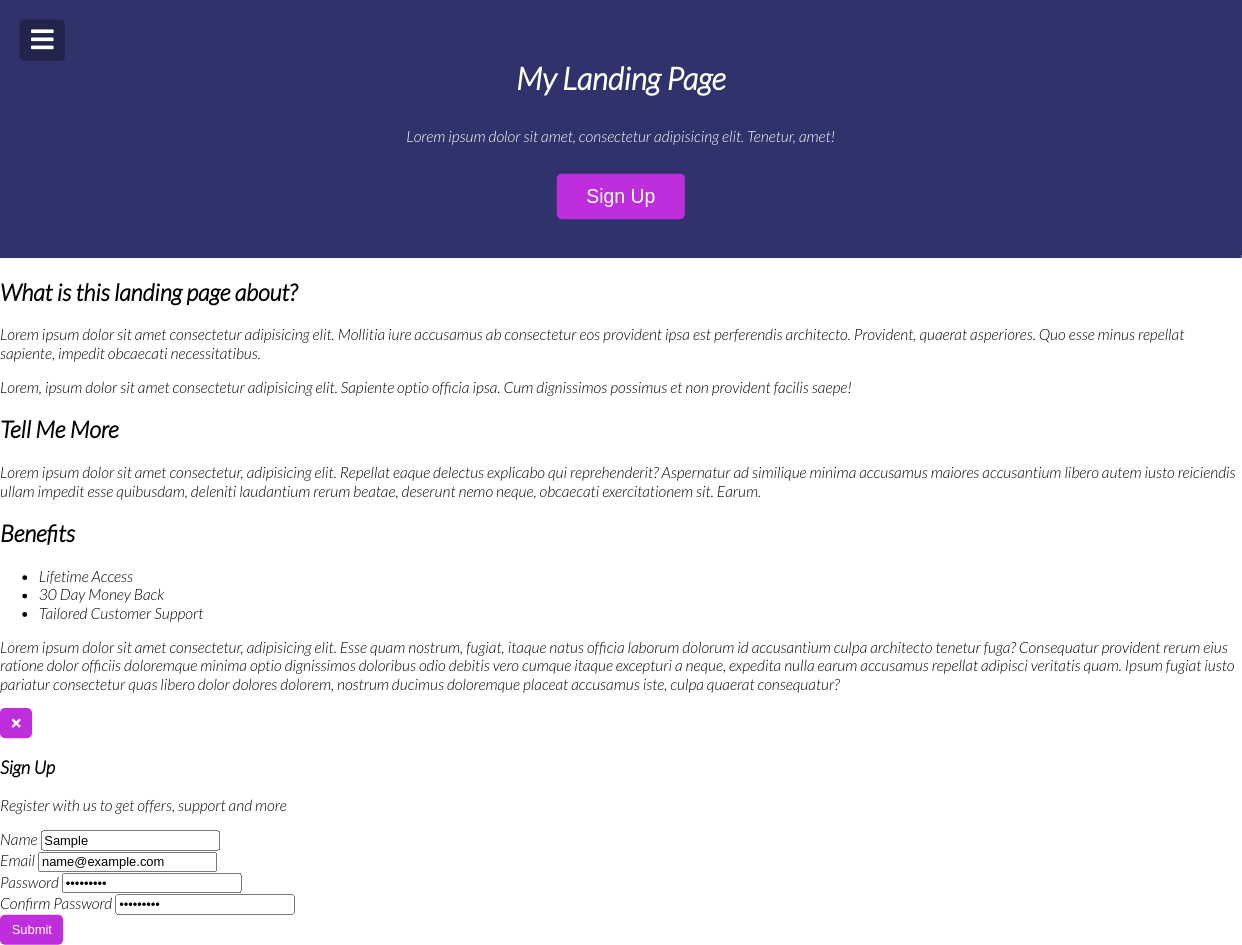
Repository: CAMPSLOPY/MenuSliderWithLandingPage
Page: index.html
These files come from the project's save history. The page is drawn as it stood at one moment and after a run of saves; the edit follows.
The browser window is 1280 px wide. The pictures show the whole page, at 97% of full size.
Empty fields were first filled with sample values (such as "Sample", 5 or name@example.com).
After loading, the first visible `#open` was clicked once.
Some web libraries are served in a nearby version.

Above is the page before, as saved 2021-01-21 15:15:37.

### index.html
<!DOCTYPE html>
<html lang="en">
  <head>
    <meta charset="UTF-8" />
    <meta name="viewport" content="width=device-width, initial-scale=1.0" />
    <meta http-equiv="X-UA-Compatible" content="ie=edge" />
    <meta name="robots" content="index,follow" />
    <meta
      name="description"
      content="This App shows on menu bar is been controlled with Html,Css and Javascript.."
    />
    <link
      rel="stylesheet"
      href="https://cdnjs.cloudflare.com/ajax/libs/font-awesome/5.11.2/css/all.min.css"
      integrity="sha256-+N4/V/SbAFiW1MPBCXnfnP9QSN3+Keu+NlB+0ev/YKQ="
      crossorigin="anonymous"
    />

    <link rel="stylesheet" href="/styles.css" />
    <link rel="icon" href="/004-photos.png" />
    <title>MenuSliderPage</title>
  </head>
  <body>
    <nav>
      <div class="logo">
        <img src="https://randomuser.me/api/portraits/men/76.jpg" alt="user" />
      </div>
      <ul>
        <li><a href="#">Home</a></li>
        <li><a href="#">Portfolio</a></li>
        <li><a href="#">Blog</a></li>
        <li><a href="#">Contact Me</a></li>
      </ul>
    </nav>

    <header>
      <button id="toggle" class="toggle">
        <i class="fa fa-bars fa-2x"></i>
      </button>

      <h1>My Landing Page</h1>

      <p>
        Lorem ipsum dolor sit amet, consectetur adipisicing elit. Tenetur, amet!
      </p>

      <button class="cta-btn" id="open">Sign Up</button>
    </header>

    <div class="container">
      <h2>What is this landing page about?</h2>
      <p>
        Lorem ipsum dolor sit amet consectetur adipisicing elit. Mollitia iure
        accusamus ab consectetur eos provident ipsa est perferendis architecto.
        Provident, quaerat asperiores. Quo esse minus repellat sapiente, impedit
        obcaecati necessitatibus.
      </p>
      <p>
        Lorem, ipsum dolor sit amet consectetur adipisicing elit. Sapiente optio
        officia ipsa. Cum dignissimos possimus et non provident facilis saepe!
      </p>

      <h2>Tell Me More</h2>

      <p>
        Lorem ipsum dolor sit amet consectetur, adipisicing elit. Repellat eaque
        delectus explicabo qui reprehenderit? Aspernatur ad similique minima
        accusamus maiores accusantium libero autem iusto reiciendis ullam
        impedit esse quibusdam, deleniti laudantium rerum beatae, deserunt nemo
        neque, obcaecati exercitationem sit. Earum.
      </p>

      <h2>Benefits</h2>
      <ul>
        <li>Lifetime Access</li>
        <li>30 Day Money Back</li>
        <li>Tailored Customer Support</li>
      </ul>

      <p>
        Lorem ipsum dolor sit amet consectetur, adipisicing elit. Esse quam
        nostrum, fugiat, itaque natus officia laborum dolorum id accusantium
        culpa architecto tenetur fuga? Consequatur provident rerum eius ratione
        dolor officiis doloremque minima optio dignissimos doloribus odio
        debitis vero cumque itaque excepturi a neque, expedita nulla earum
        accusamus repellat adipisci veritatis quam. Ipsum fugiat iusto pariatur
        consectetur quas libero dolor dolores dolorem, nostrum ducimus
        doloremque placeat accusamus iste, culpa quaerat consequatur?
      </p>
    </div>

    <!-- Modal -->
    <div class="modal-container" id="modal">
      <div class="modal">
        <button class="close-btn" id="close">
          <i class="fa fa-times"></i>
        </button>
        <div class="modal-header">
          <h3>Sign Up</h3>
        </div>
        <div class="modal-content">
          <p>Register with us to get offers, support and more</p>
          <form class="modal-form">
            <div>
              <label for="name">Name</label>
              <input
                type="text"
                id="name"
                placeholder="Enter Name"
                class="form-input"
              />
            </div>
            <div>
              <label for="email">Email</label>
              <input
                type="email"
                id="email"
                placeholder="Enter Email"
                class="form-input"
              />
            </div>
            <div>
              <label for="password">Password</label>
              <input
                type="password"
                id="password"
                placeholder="Enter Password"
                class="form-input"
              />
            </div>
            <div>
              <label for="password2">Confirm Password</label>
              <input
                type="password"
                id="password2"
                placeholder="Confirm Password"
                class="form-input"
              />
            </div>
            <input type="submit" value="Submit" class="submit-btn" />
          </form>
        </div>
      </div>
    </div>
    <script src="app.js"></script>
  </body>
</html>

### styles.css
@import url("https://fonts.googleapis.com/css2?family=Lato:ital,wght@1,300&display=swap");

:root {
  --modal-duration: 1s;
  --primary-color: #30336b;
  --secondary-color: #be2edd;
}
* {
  box-sizing: border-box;
}
body {
  font-family: "Lato", sans-serif;
  margin: 0;
}

/* NAVBAR STYLING */
nav {
  width: 200px;
  height: 100vh;
  position: fixed;
  top: 0;
  left: 0;
  background-color: var(--primary-color);
  transform: translateX(-100%);
  border-right: 2px solid rgba(200, 200, 200, 0.1);
  color: #fff;
  z-index: 100;
}

nav .logo {
  text-align: center;
  padding: 30px 0;
  margin: auto;
}

nav img {
  width: 75px;
  height: 75px;
  border-radius: 50%;
}

nav ul {
  list-style-type: none;
  padding: 0;
  margin: 0;
}
nav ul li {
  border-bottom: 2px solid rgba(200, 200, 200, 0.1);
  padding: 20px;
}
nav ul li:first-of-type {
  border-top: 2px solid rgba(200, 200, 200, 0.1);
}
nav ul li a {
  text-decoration: none;
  color: #fff;
}
nav ul li a:hover {
  text-decoration: underline;
}

/* STYLING THE MAIN PAGE */

/* HEADER SECTION */
header {
  color: #fff;
  background-color: var(--primary-color);
  position: relative;
  text-align: center;
  width: 100vw;
  min-height: 20vh;
  padding: 2.5rem 0.9375rem;
}
header p {
  margin: 30px 0;
}
button,
input[type="submit"] {
  background-color: var(--secondary-color);
  border: 0;
  border-radius: 5px;
  padding: 8px 12px;
  color: #fff;
  cursor: pointer;
}
button:focus {
  outline: none;
}

.toggle {
  position: absolute;
  background: rgba(0, 0, 0, 0.3);
  top: 20px;
  left: 20px;
}

.cta-btn {
  padding: 12px 30px;
  font-size: 20px;
}

### app.js
const ctaBtn = document.getElementById("open");

ctaBtn.addEventListener("click", touchMe);

function touchMe(e) {
  const meBtn = e.target;

  meBtn.inn
}

After the next 5 saves:
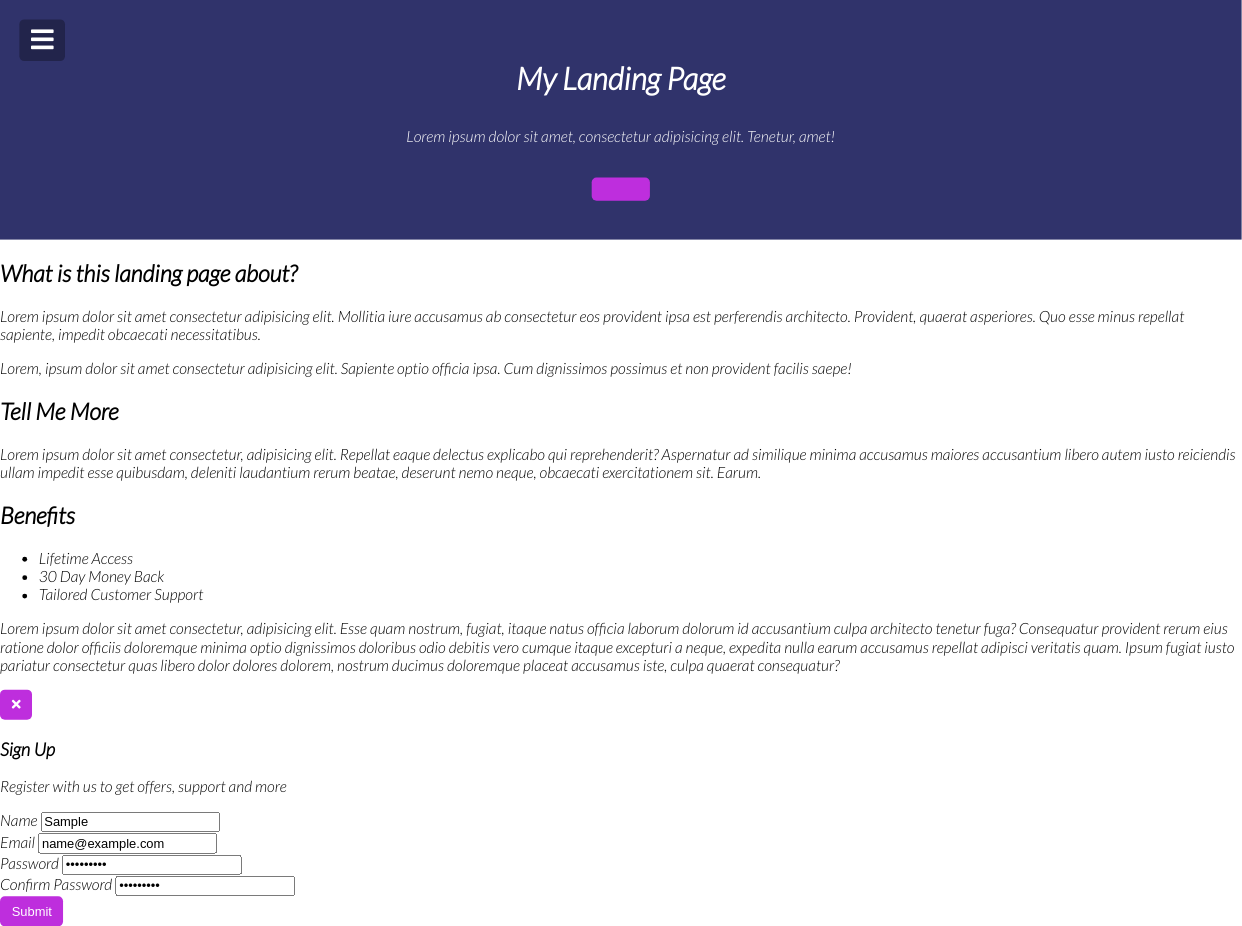
The 5 saves are shown as one change because they came seconds apart.
The last was saved 14 s later.
--- a/app.js
+++ b/app.js
@@ -5,5 +5,5 @@
 function touchMe(e) {
   const meBtn = e.target;
 
-  meBtn.inn
+  meBtn.innerHTML =''
 }

After the save that followed:
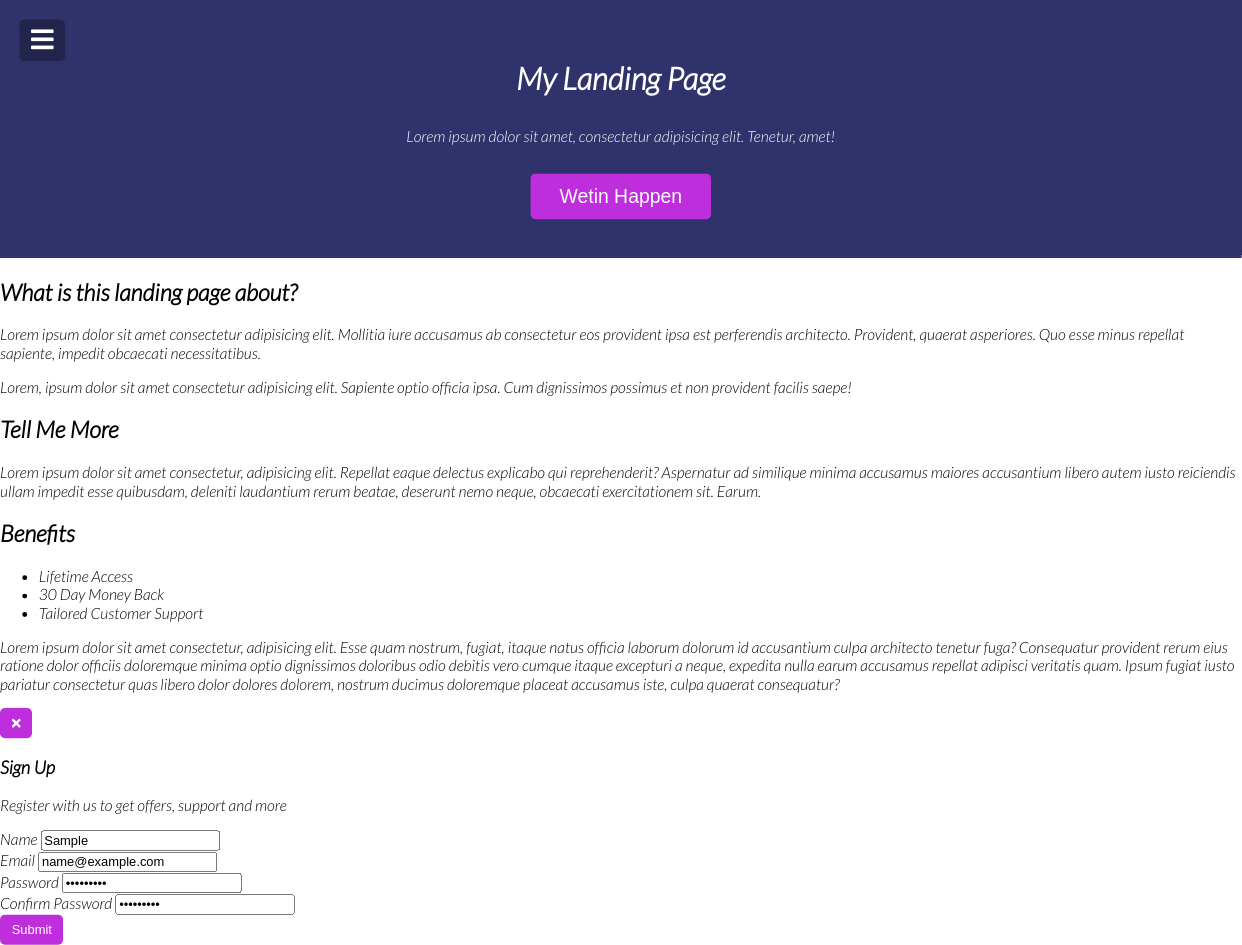
Saved 8 s later.
--- a/app.js
+++ b/app.js
@@ -5,5 +5,5 @@
 function touchMe(e) {
   const meBtn = e.target;
 
-  meBtn.innerHTML =''
+  meBtn.innerHTML = "Wetin Happen";
 }
